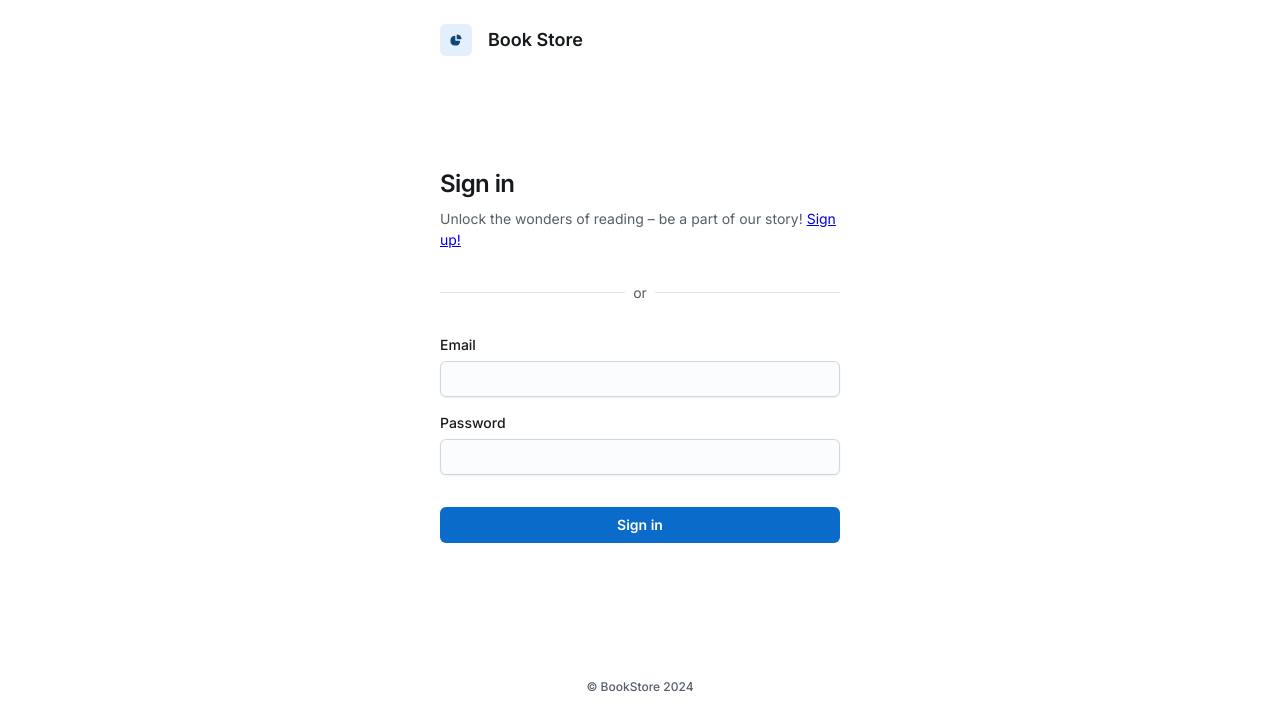
Repository: LaurentiusKevin/bookstore-fe
Page: /auth/login
An editor plug-in stored every save of this project. The page is shown before and after the next save, followed by the edit.
The browser window is 1280 px wide. The pictures show the whole page.
The project was rebuilt for these pictures with package versions that can differ from the ones it lists, and the page was loaded fresh each time. The framework's server and built-in components were replaced by stand-ins that run in the browser. Also part of the build but not shown: next.config.mjs.

Above is the page before, as saved 2024-04-07 00:58:05.

### src/app/layout.tsx
import type { Metadata } from "next";
import { Inter } from "next/font/google";
import "@fontsource/inter";
import ThemeRegistry from "@/components/admin/theme-registry";
import { Providers } from "@/providers";
import { ReactNode } from "react";

const inter = Inter({ subsets: ["latin"] });

export const metadata: Metadata = {
  title: "Create Next App",
  description: "Generated by create next app",
};

export default function RootLayout({
  children,
}: Readonly<{
  children: ReactNode;
}>) {
  return (
    <html lang="en">
      <body>
        <ThemeRegistry options={{ key: "joy" }}>
          <Providers>{children}</Providers>
        </ThemeRegistry>
      </body>
    </html>
  );
}

### src/app/auth/login/page.tsx
"use client";

import {
  Box,
  Button,
  Checkbox,
  CssBaseline,
  CssVarsProvider,
  Divider,
  FormControl,
  FormLabel,
  formLabelClasses,
  GlobalStyles,
  IconButton,
  Input,
  Stack,
  Typography,
} from "@mui/joy";
import { HiMiniChartPie } from "react-icons/hi2";
import Link from "next/link";
import { BsGoogle } from "react-icons/bs";
import { useRouter } from "next/navigation";
import { useForm } from "react-hook-form";
import SnackbarCustom from "@/components/snackbar-custom";
import { useState } from "react";

interface FormData {
  email: string;
  password: string;
}

export default function AuthSignIn() {
  const route = useRouter();
  const [snackbarOpen, setSnackbarOpen] = useState(false);
  const [snackbarColor, setSnackbarColor] = useState("");
  const [snackbarContent, setSnackbarContent] = useState("");

  const {
    register,
    handleSubmit,
    watch,
    setValue,
    resetField,
    formState: { errors },
  } = useForm<FormData>();

  const onSignIn = (data: FormData) => {
    // void authMutation.mutate(data);
  };

  return (
    <CssVarsProvider defaultMode="dark" disableTransitionOnChange>
      <CssBaseline />
      <GlobalStyles
        styles={{
          ":root": {
            "--Collapsed-breakpoint": "769px", // form will stretch when viewport is below `769px`
            "--Cover-width": "50vw", // must be `vw` only
            "--Form-maxWidth": "800px",
            "--Transition-duration": "0.4s", // set to `none` to disable transition
          },
        }}
      />
      <Box
        sx={(theme) => ({
          transition: "width var(--Transition-duration)",
          transitionDelay: "calc(var(--Transition-duration) + 0.1s)",
          position: "relative",
          zIndex: 1,
          display: "flex",
          justifyContent: "center",
          backdropFilter: "blur(12px)",
          backgroundColor: "rgba(255 255 255 / 0.2)",
          [theme.getColorSchemeSelector("dark")]: {
            backgroundColor: "rgba(19 19 24 / 0.4)",
          },
        })}
      >
        <Box
          sx={{
            display: "flex",
            flexDirection: "column",
            minHeight: "100dvh",
            maxWidth: "100%",
            px: 2,
          }}
        >
          <Box
            component="header"
            sx={{
              py: 3,
              display: "flex",
              alignItems: "left",
              justifyContent: "space-between",
            }}
          >
            <Box sx={{ gap: 2, display: "flex", alignItems: "center" }}>
              <IconButton variant="soft" color="primary" size="sm">
                <HiMiniChartPie />
              </IconButton>
              <Typography level="title-lg">Book Store</Typography>
            </Box>
            {/*<ColorSchemeToggle />*/}
          </Box>
          <Box
            component="main"
            sx={{
              my: "auto",
              py: 2,
              pb: 5,
              display: "flex",
              flexDirection: "column",
              gap: 2,
              width: 400,
              maxWidth: "100%",
              mx: "auto",
              borderRadius: "sm",
              "& form": {
                display: "flex",
                flexDirection: "column",
                gap: 2,
              },
              [`& .${formLabelClasses.asterisk}`]: {
                visibility: "hidden",
              },
            }}
          >
            <Stack gap={4} sx={{ mb: 2 }}>
              <Stack gap={1}>
                <Typography level="h3">Sign in</Typography>
                <Typography level="body-sm">
                  Unlock the wonders of reading – be a part of our story!{" "}
                  <Link href="#replace-with-a-link">Sign up!</Link>
                </Typography>
              </Stack>
            </Stack>
            <Divider
              sx={(theme) => ({
                [theme.getColorSchemeSelector("light")]: {
                  color: { xs: "#FFF", md: "text.tertiary" },
                  "--Divider-lineColor": {
                    xs: "#FFF",
                    md: "var(--joy-palette-divider)",
                  },
                },
              })}
            >
              or
            </Divider>
            <Stack gap={4} sx={{ mt: 2 }}>
              <form onSubmit={handleSubmit(onSignIn)}>
                <FormControl required>
                  <FormLabel>Email</FormLabel>
                  <Input
                    {...register("email", { required: "Required!" })}
                    type="email"
                    name="email"
                  />
                </FormControl>
                <FormControl required>
                  <FormLabel>Password</FormLabel>
                  <Input
                    {...register("password", { required: "Required!" })}
                    type="password"
                    name="password"
                  />
                </FormControl>
                <Stack gap={4} sx={{ mt: 2 }}>
                  <Button type="submit" fullWidth>
                    Sign in
                  </Button>
                </Stack>
              </form>
            </Stack>
          </Box>
          <Box component="footer" sx={{ py: 3 }}>
            <Typography level="body-xs" textAlign="center">
              © BookStore {new Date().getFullYear()}
            </Typography>
          </Box>
        </Box>
      </Box>
      <SnackbarCustom
        autoHideDuration={5000}
        variant="soft"
        onClose={() => setSnackbarOpen(false)}
        open={snackbarOpen}
      >
        {snackbarContent}
      </SnackbarCustom>
    </CssVarsProvider>
  );
}

### src/components/admin/theme-registry.tsx
"use client";
import createCache from "@emotion/cache";
import { useServerInsertedHTML } from "next/navigation";
import { CacheProvider } from "@emotion/react";
import { CssVarsProvider } from "@mui/joy/styles";
import CssBaseline from "@mui/joy/CssBaseline";
import * as React from "react";
import { ReactNode } from "react";

// This implementation is from emotion-js
// https://github.com/emotion-js/emotion/issues/2928#issuecomment-1319747902
export default function ThemeRegistry(props: {
  options: { key: string };
  children: ReactNode;
}) {
  const { options, children } = props;

  const [{ cache, flush }] = React.useState(() => {
    const cache = createCache(options);
    cache.compat = true;
    const prevInsert = cache.insert;
    let inserted: string[] = [];
    cache.insert = (...args) => {
      const serialized = args[1];
      if (cache.inserted[serialized.name] === undefined) {
        inserted.push(serialized.name);
      }
      return prevInsert(...args);
    };
    const flush = () => {
      const prevInserted = inserted;
      inserted = [];
      return prevInserted;
    };
    return { cache, flush };
  });

  useServerInsertedHTML(() => {
    const names = flush();
    if (names.length === 0) {
      return null;
    }
    let styles = "";
    for (const name of names) {
      styles += cache.inserted[name];
    }
    return (
      <style
        key={cache.key}
        data-emotion={`${cache.key} ${names.join(" ")}`}
        dangerouslySetInnerHTML={{
          __html: styles,
        }}
      />
    );
  });

  return (
    <CacheProvider value={cache}>
      <CssVarsProvider>
        {/* the custom theme is optional */}
        <CssBaseline />
        {children}
      </CssVarsProvider>
    </CacheProvider>
  );
}

### src/providers.tsx
"use client";

import React, { ReactNode } from "react";

export function Providers({ children }: { children: ReactNode }) {
  return <>{children}</>;
}

### src/components/snackbar-custom.tsx
import { Snackbar, SnackbarProps } from "@mui/joy";
import { UseSnackbarParameters } from "@mui/base";
import { ReactNode } from "react";

interface SnackbarCustomInterface extends UseSnackbarParameters {
  children: ReactNode;
}

export default function SnackbarCustom({
  autoHideDuration,
  open,
  onClose,
  color,
  variant,
  children,
}: SnackbarCustomInterface & SnackbarProps) {
  return (
    <Snackbar
      autoHideDuration={autoHideDuration}
      open={open}
      onClose={onClose}
      color={color}
      variant={variant}
    >
      {children}
    </Snackbar>
  );
}

After the next save:
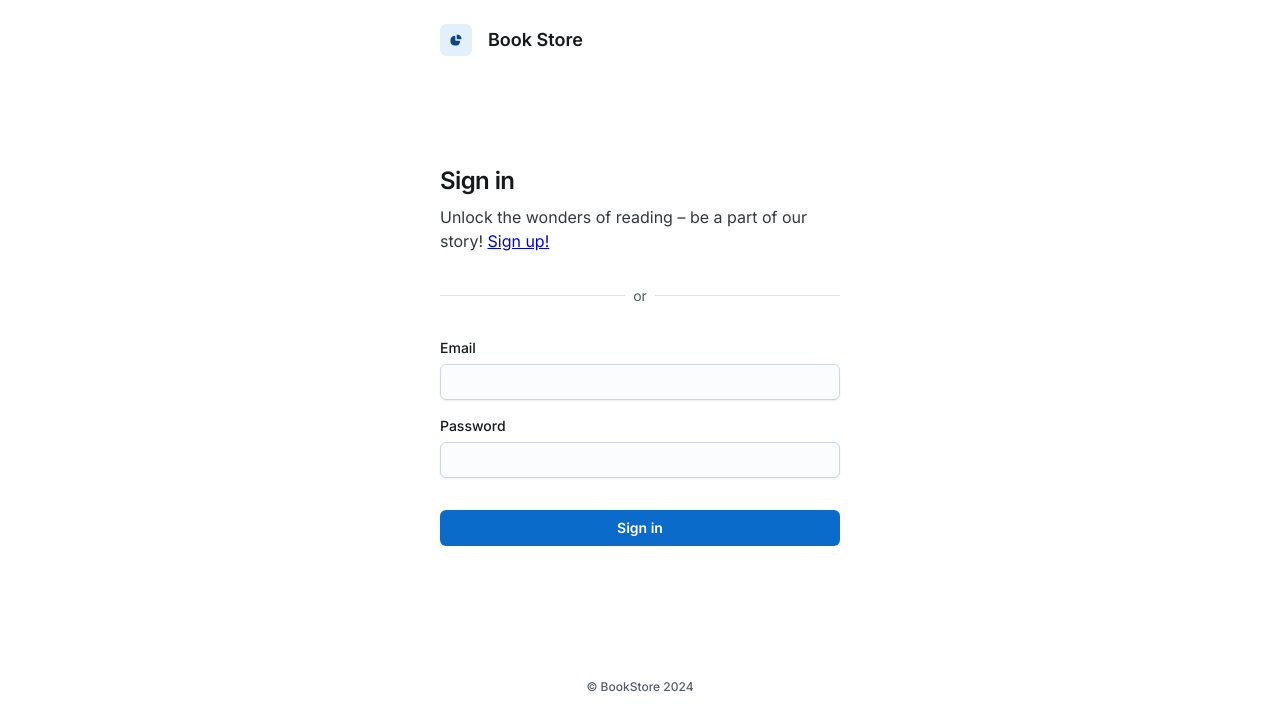
Saved 16 s later.
--- a/src/app/auth/login/page.tsx
+++ b/src/app/auth/login/page.tsx
@@ -128,7 +128,7 @@ export default function AuthSignIn() {
             <Stack gap={4} sx={{ mb: 2 }}>
               <Stack gap={1}>
                 <Typography level="h3">Sign in</Typography>
-                <Typography level="body-sm">
+                <Typography level="h5">
                   Unlock the wonders of reading – be a part of our story!{" "}
                   <Link href="#replace-with-a-link">Sign up!</Link>
                 </Typography>
